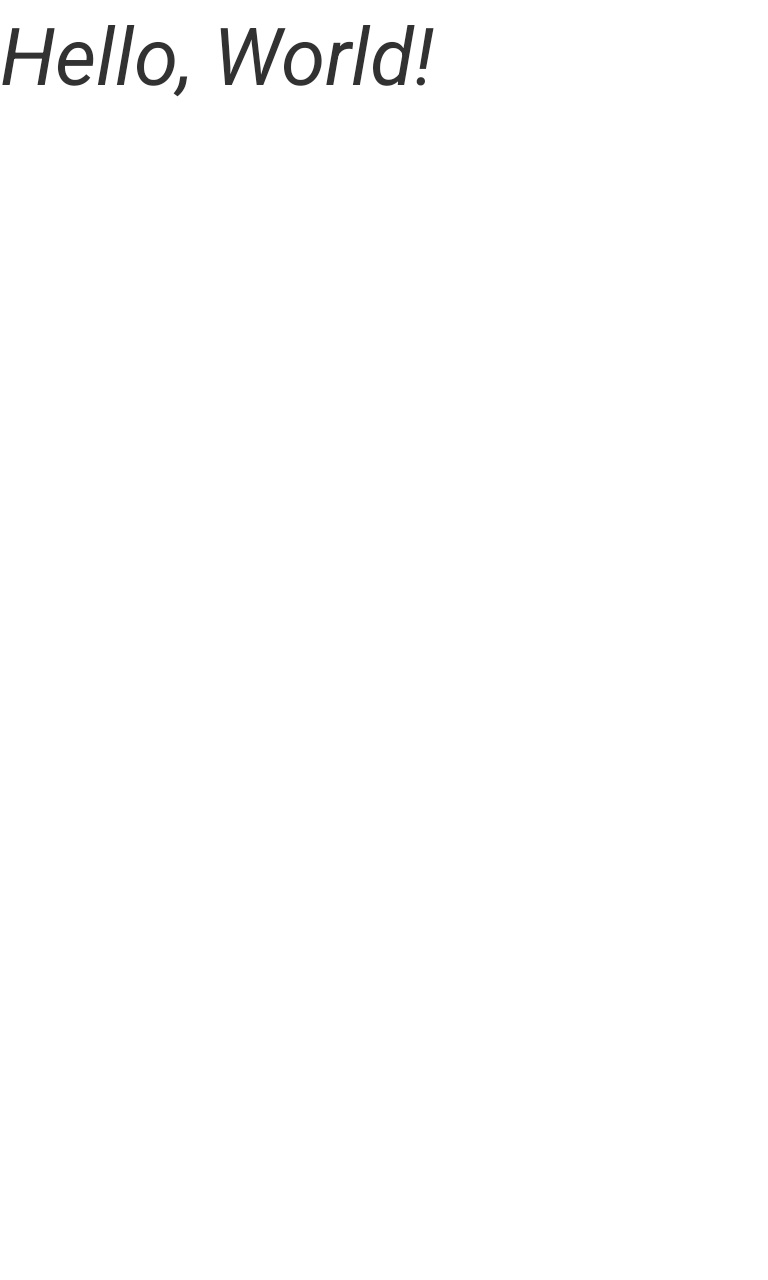
Repository: yjaeseok/gnssm_android_codelab
Layout: source/Day2-View/res/layout/day2view.xml
An editor plug-in stored every save of this project. The layout is shown before and after the next save, followed by the edit.
It is drawn on a 768 x 1280 px phone screen (xhdpi) without system bars, with theme AppTheme; the app's code is not run.

Above is the layout before, as saved 2014-04-02 10:58:50.

After the next save:
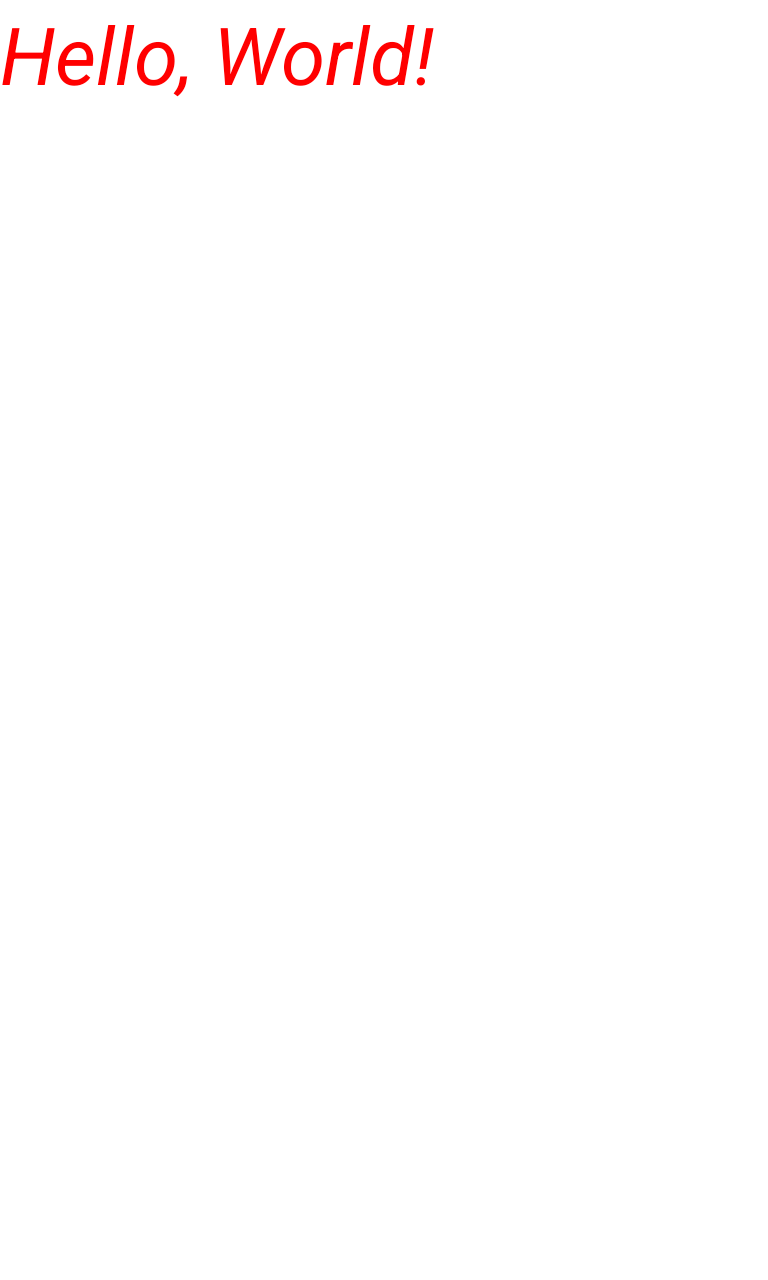
Saved 39 s later.
--- a/source/Day2-View/res/layout/day2view.xml
+++ b/source/Day2-View/res/layout/day2view.xml
@@ -10,5 +10,6 @@
         android:text="Hello, World!"
         android:textSize="40dp"
         android:textStyle="italic"
+        android:textColor="#FF0000"
         />
 </LinearLayout>
